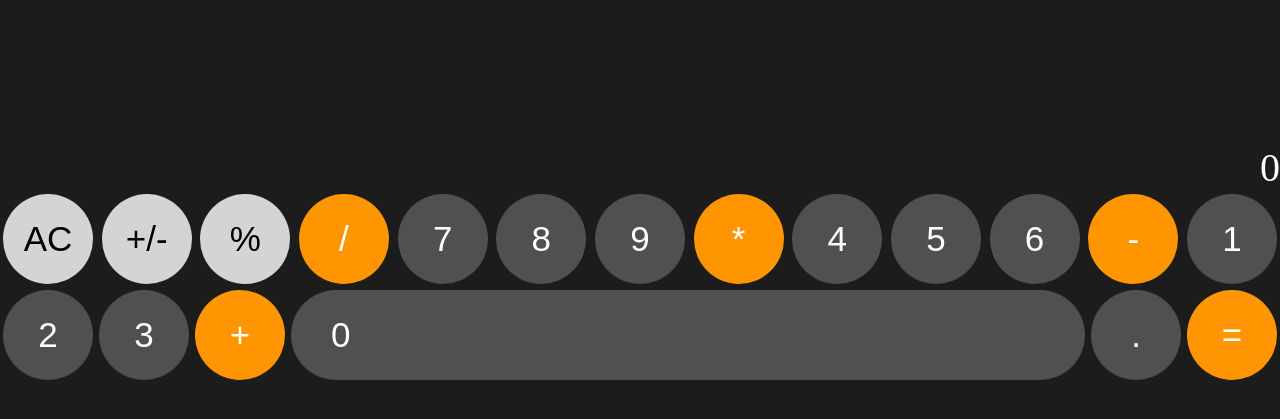
Repository: Sukhvir-Grewal/Calculator
Page: index.html
These files come from the project's save history. The page is drawn as it stood at one moment and after the next save; the edit follows.
The browser window is 1280 px wide. The pictures show the whole page.

Above is the page before, as saved 2023-12-07 13:01:52.

After the next save:
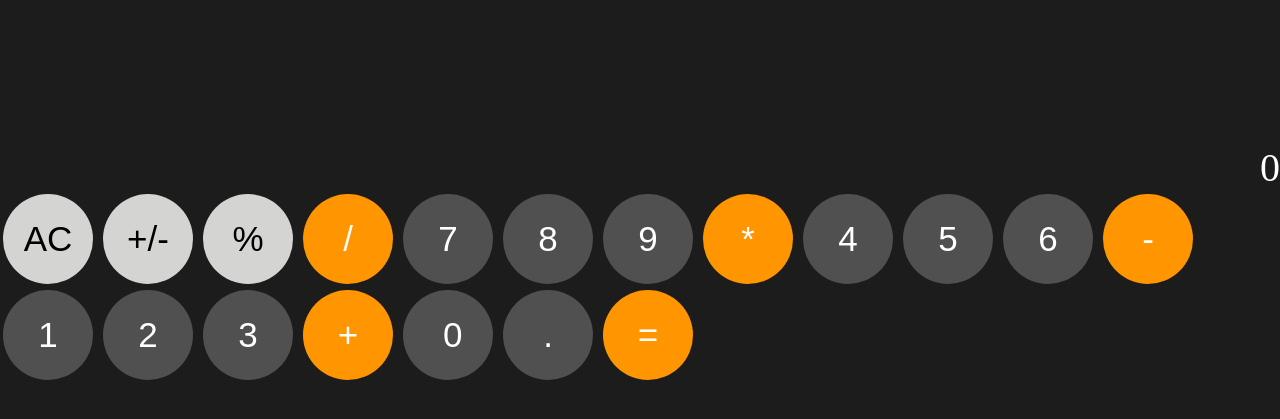
Saved 6 s later.
--- a/index.html
+++ b/index.html
@@ -8,34 +8,33 @@
         <link rel="stylesheet" href="index.css" />
     </head>
     <body>
-      <div class="container">
-        <div class="calculator">
+        <div class="container">
+            <div class="calculator">
+                <div class="result">0</div>
+                <button class="clear commands">AC</button>
+                <button class="positiveOrNegative commands">+/-</button>
+                <button class="persentage commands" value="%">%</button>
+                <button class="divide operator" value="/">/</button>
 
-        </div>
-          <div class="result">0</div>
-            <button class="clear commands">AC</button>
-            <button class="positiveOrNegative commands">+/-</button>
-            <button class="persentage commands" value="%">%</button>
-            <button class="divide operator" value="/">/</button>
+                <button class="operands" value="7">7</button>
+                <button class="operands" value="8">8</button>
+                <button class="operands" value="9">9</button>
+                <button class="Multiply operator" value="*">*</button>
 
-            <button class="operands" value="7">7</button>
-            <button class="operands" value="8">8</button>
-            <button class="operands" value="9">9</button>
-            <button class="Multiply operator" value="*">*</button>
+                <button class="operands" value="4">4</button>
+                <button class="operands" value="5">5</button>
+                <button class="sex operands" value="6">6</button>
+                <button class="Minus operator" value="-">-</button>
 
-            <button class="operands" value="4">4</button>
-            <button class="operands" value="5">5</button>
-            <button class="sex operands" value="6">6</button>
-            <button class="Minus operator" value="-">-</button>
+                <button class="operands" value="1">1</button>
+                <button class="operands" value="2">2</button>
+                <button class="operands" value="3">3</button>
+                <button class="plus operator" value="+">+</button>
 
-            <button class="operands" value="1">1</button>
-            <button class="operands" value="2">2</button>
-            <button class="operands" value="3">3</button>
-            <button class="plus operator" value="+">+</button>
-
-            <button class="Zero operands" value="0">0</button>
-            <button class="dot operands" value="">.</button>
-            <button class="equal operator">=</button>
+                <button class="Zero operands" value="0">0</button>
+                <button class="dot operands" value="">.</button>
+                <button class="equal operator">=</button>
+            </div>
         </div>
         <script src="index.js"></script>
     </body>
